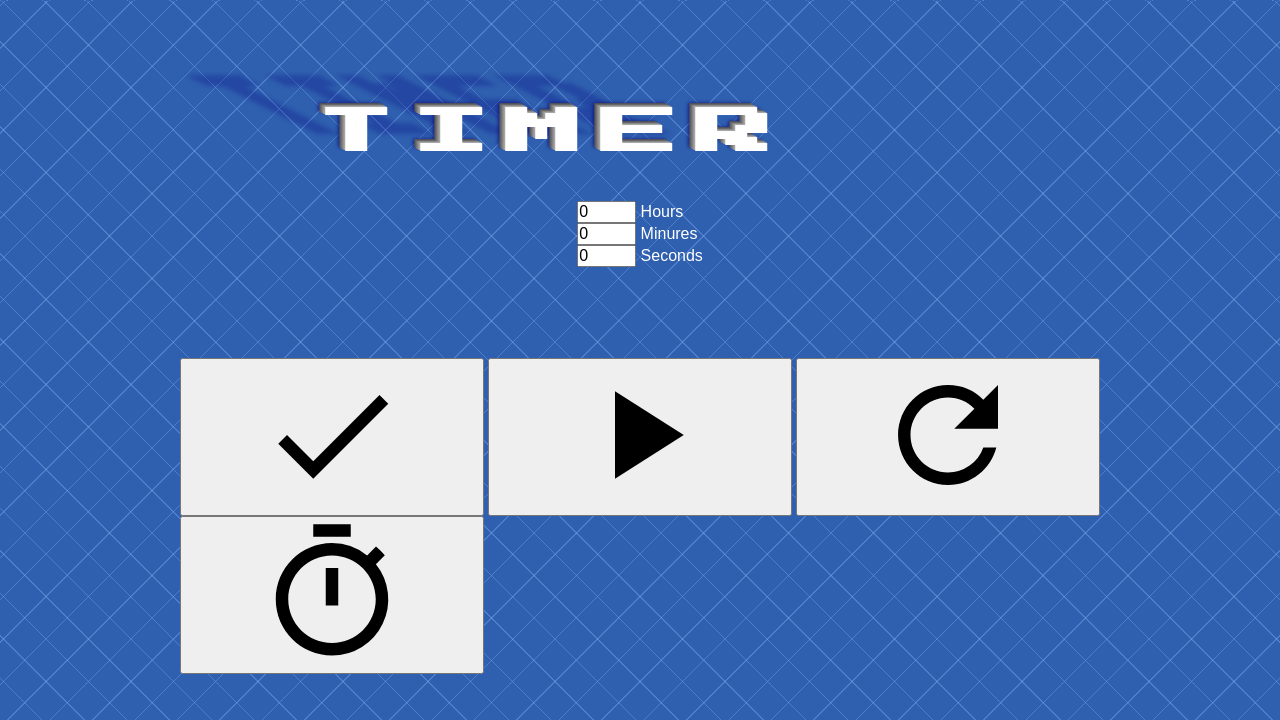
Repository: KrzysKolo/Projekt-12_Timer
Page: index.html
An editor plug-in stored every save of this project. The page is shown before and after the next save, followed by the edit.
The browser window is 1280 px wide. The pictures show the whole page.
Some web fonts or font styles are not loaded; a fallback is used.

Above is the page before, as saved 2020-06-24 21:56:34.

After the next save:
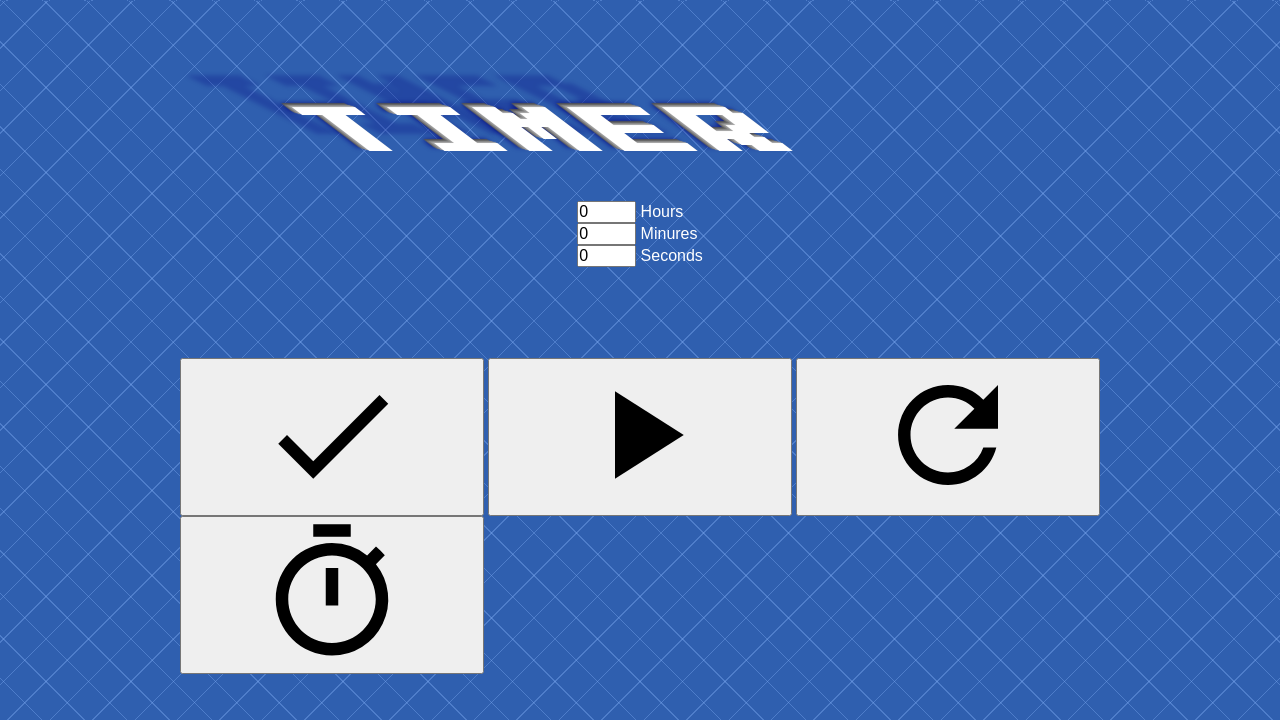
Saved 16 s later.
--- a/css/style.css
+++ b/css/style.css
@@ -80,7 +80,7 @@
   left: 25px;
   color: rgba(255, 255, 255, 1);
 
-  transform: skew(-63deg) scale(1, 0.6);
+  transform: skew(-33deg) scale(1, 0.6);
 
   text-shadow: -1px -1px 1px #aaa, -2px -2px 1px #999, -3px -3px 1px #888,
     -4px -4px 1px #777, -5px -5px 1px #666, -6px -6px 1px #555,

After the save that followed:
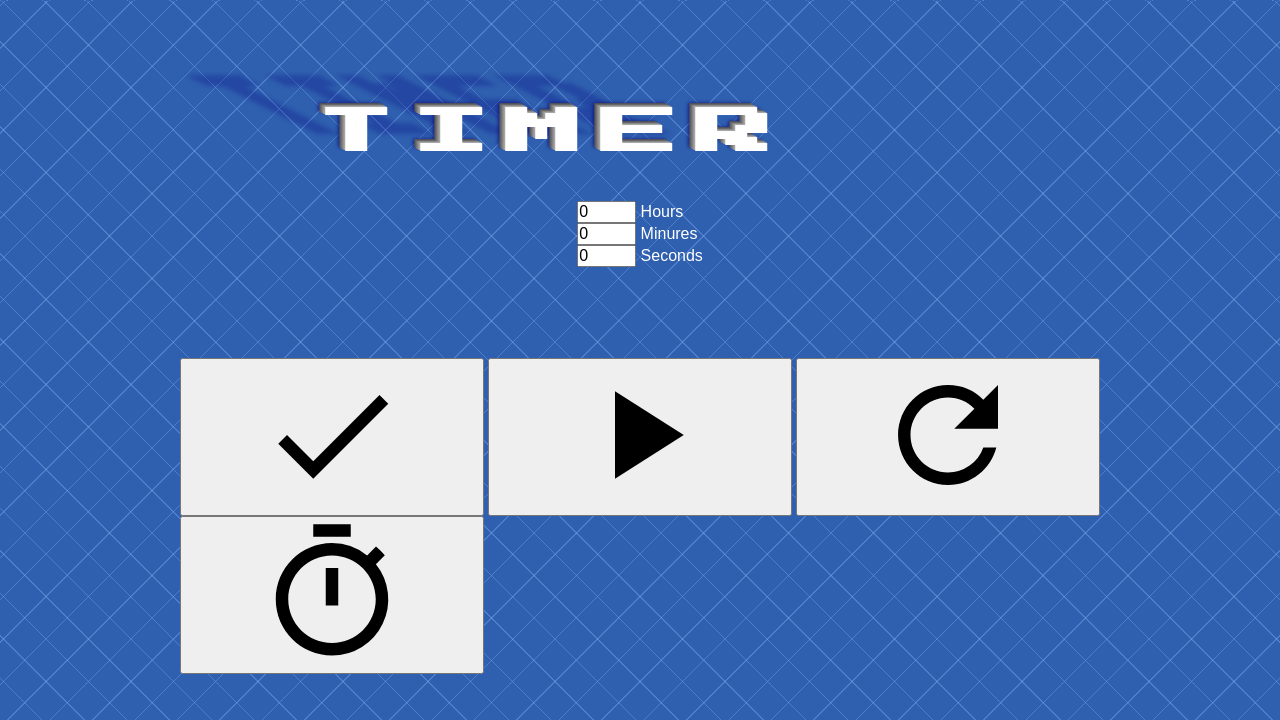
Saved 6 s later.
--- a/css/style.css
+++ b/css/style.css
@@ -80,7 +80,7 @@
   left: 25px;
   color: rgba(255, 255, 255, 1);
 
-  transform: skew(-33deg) scale(1, 0.6);
+  transform: skew(-63deg) scale(1, 0.6);
 
   text-shadow: -1px -1px 1px #aaa, -2px -2px 1px #999, -3px -3px 1px #888,
     -4px -4px 1px #777, -5px -5px 1px #666, -6px -6px 1px #555,
